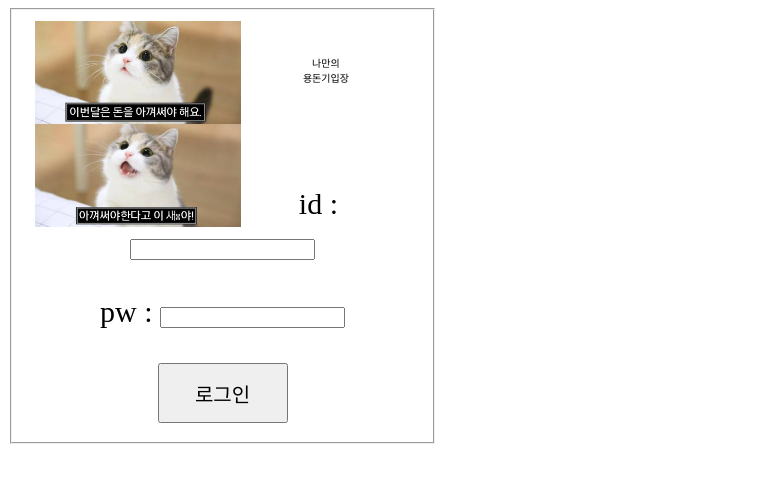
Repository: hus0124/M-IT
Page: JSP_Workspaces/pocketMoneyDiary/WebContent/index.html
These files come from the project's save history. The page is drawn as it stood at one moment and after the next save; the edit follows.
The browser window is 768 px wide. The pictures show the whole page.

Above is the page before, as saved 2020-01-03 00:14:20.

### JSP_Workspaces/pocketMoneyDiary/WebContent/index.html
<!DOCTYPE html>
<html>
<head>
<meta charset="EUC-KR">
<title>완성</title>
<style>
body {font-size:30px}
@media (max-width:800px){
#title {font-size:10px }

}
</style>
</head>
<body>
	<fieldset style="width:50%; height:auto; text-align:center">
	<form action="result.jsp" method="get">

		<img src="catmoney.png" style="width:55%; height:auto; float:left">
		<br><div id="title">나만의<br>용돈기입장</div><br><br><br>
		id :&nbsp;&nbsp;<input type="text" name = "id"><br><br>
		pw : <input type="text" name = "pw"><br><br>
		<input type="submit" value = "로그인" style="width:130px;height:60px;font-size:20px;">

	</form>
	</fieldset>
</body>
</html>

After the next save:
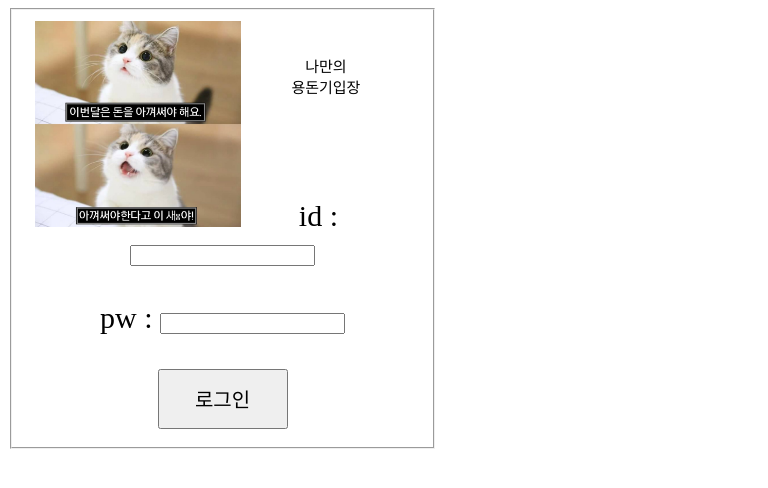
Saved 31 s later.
--- a/JSP_Workspaces/pocketMoneyDiary/WebContent/index.html
+++ b/JSP_Workspaces/pocketMoneyDiary/WebContent/index.html
@@ -6,7 +6,7 @@
 <style>
 body {font-size:30px}
 @media (max-width:800px){
-#title {font-size:10px }
+#title {font-size:15px }
 
 }
 </style>
